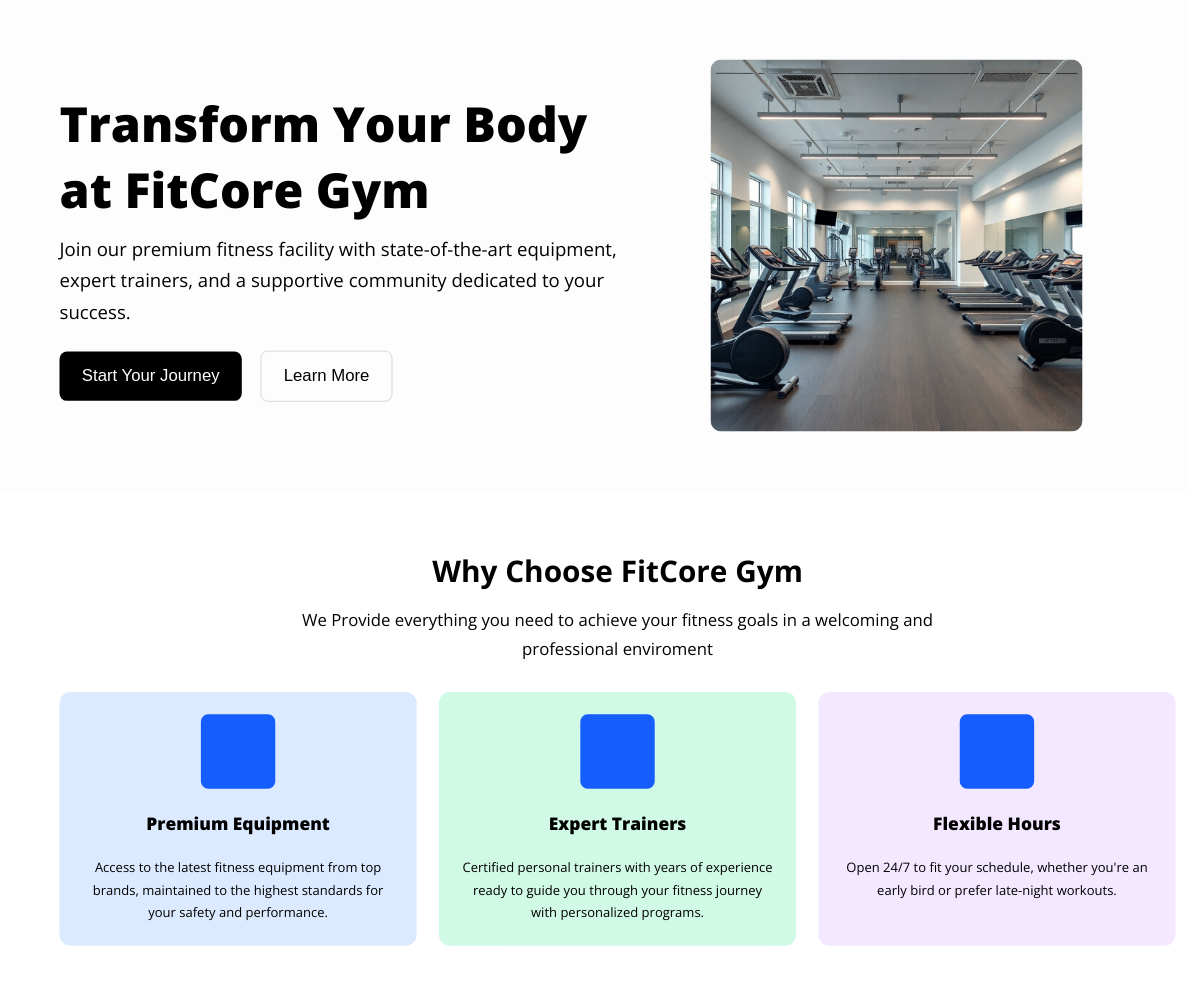
Repository: abdobadawi-ops/Route-Academy-Assignments
Page: Secon Assignment - fit-core-gym/index.html
An editor plug-in stored every save of this project. The page is shown before and after the next save, followed by the edit.
The browser window is 1280 px wide. The pictures show the whole page, at 93% of full size.

Above is the page before, as saved 2026-04-28 12:58:04.

### Secon Assignment - fit-core-gym/index.html
<!doctype html>
<html lang="en">
  <head>
    <meta charset="UTF-8" />
    <meta name="viewport" content="width=device-width, initial-scale=1.0" />
    <title>FitCore Gym | Assignment 2</title>
    <link rel="shortcut icon" href="./imgs/favicon.png" type="image/x-icon" />
    <link rel="preconnect" href="https://fonts.googleapis.com" />
    <link rel="preconnect" href="https://fonts.gstatic.com" crossorigin />
    <link
      href="https://fonts.googleapis.com/css2?family=Open+Sans:ital,wght@0,300..800;1,300..800&display=swap"
      rel="stylesheet"
    />
    <link rel="stylesheet" href="./style.css" />
  </head>
  <body>
    <header>
      <div class="container grid-2-cols">
        <div class="left">
          <h1>Transform Your Body at FitCore Gym</h1>
          <p>
            Join our premium fitness facility with state-of-the-art equipment,
            expert trainers, and a supportive community dedicated to your
            success.
          </p>
          <div class="buttons">
            <button class="btn btn--main">Start Your Journey</button>
            <button class="btn btn--alt">Learn More</button>
          </div>
        </div>
        <img src="./imgs/hero-section-img.png" alt="fitcore gym" />
      </div>
    </header>
    <section>
      <div class="container">
        <div class="section-heading">
          <h2>Why Choose FitCore Gym</h2>
          <p>
            We Provide everything you need to achieve your fitness goals in a
            welcoming and professional enviroment
          </p>
        </div>
        <div class="features grid-3-cols">
          <div class="feat">
            <div class="icon">
              <div></div>
            </div>
            <h3>Premium Equipment</h3>
            <p>
              Access to the latest fitness equipment from top brands, maintained
              to the highest standards for your safety and performance.
            </p>
          </div>
          <div class="feat">
            <div class="icon"></div>
            <h3>Expert Trainers</h3>
            <p>
              Certified personal trainers with years of experience ready to
              guide you through your fitness journey with personalized programs.
            </p>
          </div>
          <div class="feat">
            <div class="icon"></div>
            <h3>Flexible Hours</h3>
            <p>
              Open 24/7 to fit your schedule, whether you're an early bird or
              prefer late-night workouts.
            </p>
          </div>
        </div>
      </div>
    </section>
  </body>
</html>

### Secon Assignment - fit-core-gym/style.css
/* variables */
:root {
  --main-color: #000;
  --section-color: oklch(98.5% 0.002 247.839);
}

/* global rules */
* {
  box-sizing: border-box;
  margin: 0;
  padding: 0;
}

body {
  font-family: "Open Sans", sans-serif;
}

.container {
  width: 1200px;
  margin-inline: auto;
}

/* components */
.grid-2-cols {
  display: grid;
  grid-template-columns: repeat(2, 1fr);
  align-items: center;
}

.grid-3-cols {
  display: grid;
  grid-template-columns: repeat(3, 1fr);
}

.section-heading {
  text-align: center;
  width: 700px;
  margin-inline: auto;
  margin-bottom: 32px;

  h2 {
    font-size: 32px;
    margin-bottom: 16px;
  }

  p {
    font-size: 18px;
    line-height: 1.7;
  }
}

/* header */

header {
  background-color: #fdfdfe;
  padding: 64px;
  & h1 {
    font-size: 52px;
    font-weight: 900;
  }

  p {
    font-size: 20px;
    line-height: 1.7;
    margin-top: 12px;
    margin-bottom: 24px;
  }

  .btn {
    background: none;
    border: none;
    font-size: 18px;
    color: #fff;
    padding: 16px 24px;
    border-radius: 8px;
    cursor: pointer;
  }

  .buttons {
    display: flex;
    align-items: center;
    gap: 20px;
  }

  .btn--main {
    background-color: var(--main-color);
  }

  .btn--alt {
    background-color: #fdfdfe;
    color: #000;
    border: 1px solid #d1d5dc;
  }

  img {
    width: 400px;
    justify-self: center;
    border-radius: 12px;
  }
}

section {
  padding: 64px;
}

.features {
  column-gap: 24px;
  text-align: center;

  .feat {
    display: flex;
    flex-direction: column;
    gap: 24px;
    padding: 24px;
    border-radius: 12px;

    h3 {
      font-weight: 800;
    }

    p {
      font-size: 14px;
      line-height: 1.7;
    }
  }

  .icon {
    width: 80px;
    height: 80px;
    border-radius: 8px;
    margin-inline: auto;
    background-color: #155dfc;
    display: flex;
    align-items: center;
    justify-content: center;
  }

  .feat:nth-child(1) {
    background-color: #dbeafe;
  }

  .feat:nth-child(2) {
    background-color: #d0fae5;

    .icon {
      background-color:;
    }
  }

  .feat:nth-child(3) {
    background-color: #f3e8ff;

    .icon {
      background-color:;
    }
  }
}

After the next save:
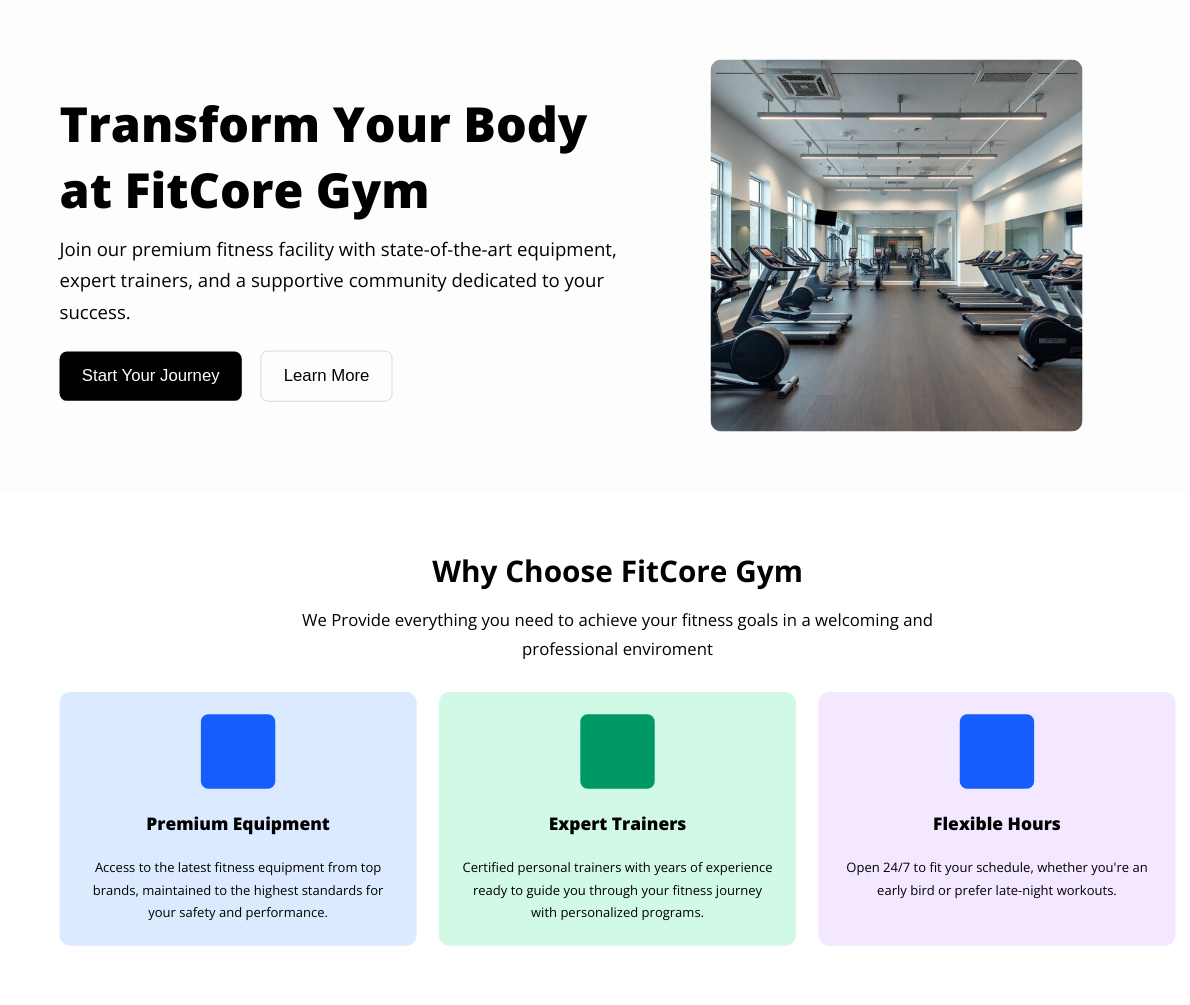
Saved 21 s later.
--- a/Secon Assignment - fit-core-gym/style.css
+++ b/Secon Assignment - fit-core-gym/style.css
@@ -143,7 +143,7 @@ section {
     background-color: #d0fae5;
 
     .icon {
-      background-color:;
+      background-color: #009966;
     }
   }
 
